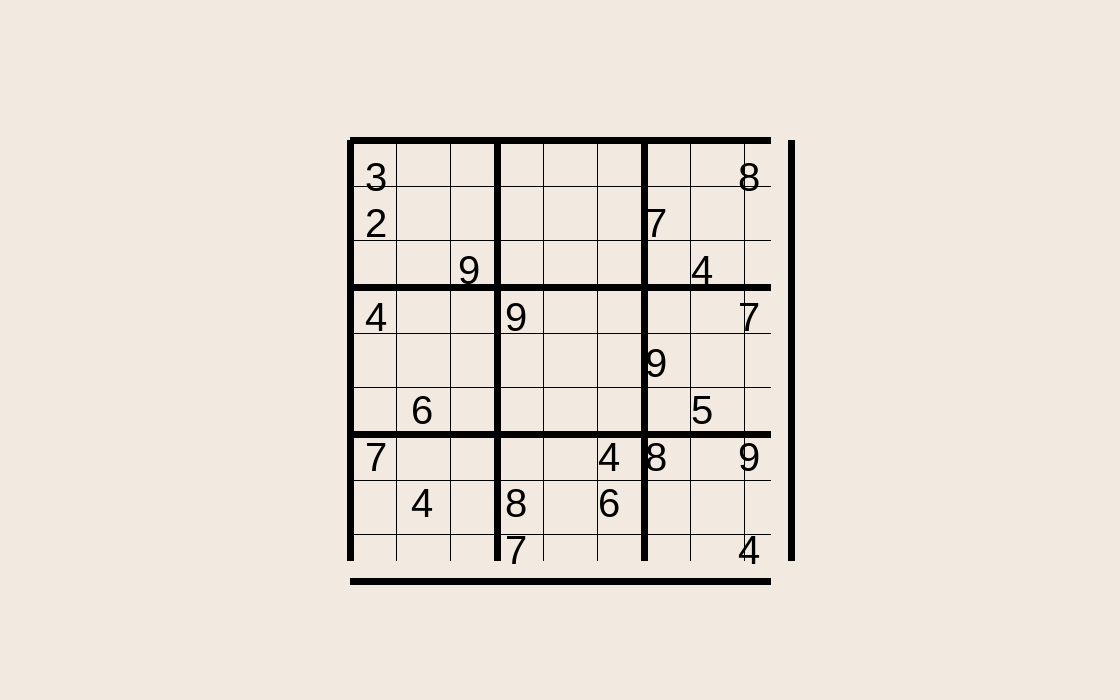
Repository: JensVL96/Puzzle-solver-for-fun
Script's output: python sudoku.py
The author's editor kept a copy of each file at every save. The script's output is drawn from the files as they stood at one save, then again after the next save.
The window is shown after at most 60 frames with no key pressed. A system font it names is replaced by a similar one. Random numbers start from a fixed seed.

Above is the script's output before, as saved 2020-11-07 16:38:20.

### sudoku.py
# -*- coding: utf-8 -*-
from __future__ import print_function
from config import *
from create_board import *
from solve_bloard import *
from display_board import *

from string import *
from math import floor
import pygame as pg
import numpy as np

# For error highlighting
def set_highlight(row, col, blk, lock):
    global input_lock
    input_lock = lock
    global row_index
    row_index = row
    global col_index
    col_index = blk
    global blk_index
    blk_index = col

def get_cord(pos):
    global box_index_x
    box_index_x = int((pos[0] - TOP_LX)//BLOCK_SIZE)
    global box_index_y
    box_index_y = int((pos[1] - TOP_LY)//BLOCK_SIZE)


def valid(grid, x, y, val):
    input_lock = 0
    row = col = blk = (0, 0)

    for index in range(9):
        # Check if value in column
        if grid[x][index] == val:
            col = (x, index)
            input_lock = 1

        # Check if value in row
        if grid[index][y] == val:
            row = (index, y)
            input_lock = 1

    # Finds the block
    index_x = x // 3 # integer division
    index_y = y // 3

    # Check if value in block
    for i in range(index_x * 3, index_x * 3 + 3):
        for j in range (index_y * 3, index_y * 3 + 3):
            if grid[i][j] == val:
                blk = (i, j)
                input_lock = 1

    if input_lock == 1:
        set_highlight(row, col, blk, input_lock)
        return False

    return True

def valid_cdt(cdt_list, val):
    if type(cdt_list) == int:   # ignore
        return True

    if len(cdt_list) > 9:
        return False
    else:
        for iter in cdt_list:
            if iter == val:
                return False

    return True

class Main():
    def __init__(self):
        self.board = []
        self.run()

    def run(self):
        pg.init()
        self.screen = pg.display.set_mode(SCREEN_RES)
        pg.display.set_caption('Sudoku solver')

        display = Display_board(self.screen)

        val = 0
        blink = False
        alpha = 1
        a_change = True
        blink_color = GREEN
        candidates = []

        get_cord(INITIAL_CORDS)
        set_highlight(INITIAL_CORDS, INITIAL_CORDS, INITIAL_CORDS, INITIAL_LOCK)

        board = create_board().board

        while 1:
            for event in pg.event.get():
                if event.type == pg.QUIT or (event.type == pg.KEYDOWN and event.key == pg.K_ESCAPE):
                    exit()
                if event.type == pg.MOUSEBUTTONDOWN and input_lock != 1:
                    pos = pg.mouse.get_pos()
                    get_cord(pos)

                    # Checks if selection is on the board
                    if pos[0] < TOP_LX or pos[1] < TOP_LY or pos[0] > int(BOT_RX) or pos[1] > int(BOT_RY):
                        blink = False
                    else:
                        blink = True
                if event.type == pg.KEYDOWN and input_lock != 1:
                    if event.key == pg.K_1:
                        val = 1
                    if event.key == pg.K_2:
                        val = 2
                    if event.key == pg.K_3:
                        val = 3
                    if event.key == pg.K_4:
                        val = 4
                    if event.key == pg.K_5:
                        val = 5
                    if event.key == pg.K_6:
                        val = 6
                    if event.key == pg.K_7:
                        val = 7
                    if event.key == pg.K_8:
                        val = 8
                    if event.key == pg.K_9:
                        val = 9
                    if event.key == pg.K_BACKSPACE:
                        board[int(box_index_x)][int(box_index_y)] = 0
                elif event.type == pg.KEYDOWN and input_lock == 1:
                    if event.key == pg.K_BACKSPACE:
                        val = 0
                        set_highlight(INITIAL_CORDS, INITIAL_CORDS, INITIAL_CORDS, INITIAL_LOCK)
                        blink_color = GREEN
                        board[int(box_index_x)][int(box_index_y)] = 0

            if val != 0:
                # display.draw_val(val, box_index_x, box_index_y)
                candidates = []
                print("value: ", val,"occupying position: ", board[box_index_x][box_index_y])

                if valid(board, box_index_x, box_index_y, val):
                    if type(board[box_index_x][box_index_y]) == 0:  # No candidates
                        board[box_index_x][box_index_y] = val
                    elif type(board[box_index_x][box_index_y]) == int: # Switching from number to list
                        candidates.append(val)
                        board[box_index_x][box_index_y] = candidates
                    elif valid_cdt(board[box_index_x][box_index_y], val): # Adding candidate to list
                        candidates = board[box_index_x][box_index_y]
                        candidates.append(val)
                        board[box_index_x][box_index_y] = candidates


            # Draws the screen
            pg.draw.rect(self.screen, BLACK, (0, 0, self.screen.get_width(), self.screen.get_height()))
            self.screen.fill(BEIGE)

            # find the cell selected
            cell = display.find_cell(box_index_x, box_index_y)

            # Draws the board
            display.draw(board, cell)

            # Check if cell is selected
            if blink:
                blink = display.blink(alpha, a_change)
                alpha = blink[0]
                a_change = blink[1]
                myRect = pg.Rect(cell)

                rectSurf = pg.Surface(myRect.size, pg.SRCALPHA)
                rectSurf.fill(blink_color)
                rectSurf.set_alpha(alpha)
                self.screen.blit(rectSurf, (myRect.x, myRect.y))

            # Check if incorrect input
            if input_lock == 1 and val != 0:
                display.update(board, row_index, col_index, blk_index)
                blink_color = RED

            val = 0

            # display.draw_box()

            pg.display.update()


        self.solution = solve_board(board)

        self.solution.assign_flags(board)

if __name__ == '__main__':
    Main()

### config.py


#   Screen info
SCREEN_HEIGHT = 700
SCREEN_WIDTH = int(SCREEN_HEIGHT * 1.6)
SCREEN_RES = (SCREEN_WIDTH, SCREEN_HEIGHT)

#   Colours
BLACK = (0,0,0)
GREY = (50,50,50)
GREEN = (0,255,0)
RED = (255, 0, 0)
WHITE = (255,255,255)
BEIGE = (242,234,224)

# Box info
BORDER_SIZE = 420
BLOCK_SIZE = BORDER_SIZE / 9
CELL_SIZE = BLOCK_SIZE / 9
# Corner coordinates
TOP_LX = (SCREEN_WIDTH / 2) - (BORDER_SIZE / 2)
TOP_LY = (SCREEN_HEIGHT / 2) - (BORDER_SIZE / 2)
TOP_RX = (SCREEN_WIDTH / 2) + (BORDER_SIZE / 2)
TOP_RY = (SCREEN_HEIGHT / 2) - (BORDER_SIZE / 2)
BOT_LX = (SCREEN_WIDTH / 2) - (BORDER_SIZE / 2)
BOT_LY = (SCREEN_HEIGHT / 2) + (BORDER_SIZE / 2)
BOT_RX = (SCREEN_WIDTH / 2) + (BORDER_SIZE / 2)
BOT_RY = (SCREEN_HEIGHT / 2) + (BORDER_SIZE / 2)

# Numbers
CANDIDATE_SIZE = 20
NUMBER_SIZE = 40
BOLD = 50

# Blinking
BLINK_SPEED = 0.3
BLINK_COLOR = GREEN
ERROR_COLOR = RED

INITIAL_CORDS = (-1, -1)
INITIAL_LOCK = 0

### create_board.py
from random import sample

class create_board():
    def __init__(self):
        self.base  = 3  # Will generate any size of random sudoku board in O(n^2) time
        self.side  = self.base * self.base
        self.nums  = sample(range(1, self.side + 1), self.side) # random numbers
        self.board = [[self.nums[(self.base * (r%self.base) + r//self.base + c)%self.side] for c in range(self.side) ] for r in range(self.side)]
        rows  = [ r for g in sample(range(self.base),self.base) for r in sample(range(g * self.base,(g + 1) * self.base), self.base) ]
        cols  = [ c for g in sample(range(self.base),self.base) for c in sample(range(g * self.base,(g + 1) * self.base), self.base) ]
        self.board = [[self.board[r][c] for c in cols] for r in rows]

        # print("\nInput:")
        # for line in self.board: print(line)

        squares = self.side * self.side
        empties = squares * 3//4
        for p in sample(range(squares),empties):
            self.board[p//self.side][p%self.side] = 0

        self.lines()

    def expandLine(self, line):
        return line[0]+line[5:9].join([line[1:5]*(self.base-1)]*self.base)+line[9:13]

    def lines(self):
        self.line0  = self.expandLine("╔═══╤═══╦═══╗")
        self.line1  = self.expandLine("║ . │ . ║ . ║")
        self.line2  = self.expandLine("╟───┼───╫───╢")
        self.line3  = self.expandLine("╠═══╪═══╬═══╣")
        self.line4  = self.expandLine("╚═══╧═══╩═══╝")

        self.draw()

    def draw(self):
        symbol = " 1234567890ABCDEFGHIJKLMNOPQRSTUVWXYZ"
        self.nums   = [ [""]+[symbol[n] for n in row] for row in self.board ]
        print(self.line0)
        for r in range(1,self.side+1):
            print( "".join(n+s for n,s in zip(self.nums[r-1],self.line1.split("."))) )
            print([self.line2,self.line3,self.line4][(r%self.side==0)+(r%self.base==0)])

### solve_bloard.py
class solve_board():
    def __init__(self, board):
        self.row = []
        self.col = []
        self.cell = []
        self.row_list = []
        self.col_list = []
        self.cell_list = []

        for space in range(9):
            self.col.append([])
            self.cell.append([])

        row_idx = 0
        for line in board:

            self.row.append(line)

            cell_idx = 0
            if row_idx >= 3:
                cell_idx = 3
            if row_idx >= 6:
                cell_idx = 6


            for col_idx in range(9):

                self.col[col_idx].insert(row_idx, line[col_idx])

                if col_idx % 3 == 0:
                    for triple in range(0, 3):
                        self.cell[cell_idx].insert(len(self.cell[row_idx]) + triple, line[col_idx + triple])
                    cell_idx += 1

            self.row_list.append(self.row)
            self.col_list.append(self.col)
            self.cell_list.append(self.cell)
            row_idx += 1

        print("\nrow:")
        for row in self.row_list[0]:
            print(row)
        # print("\ncolumn:")
        # for col in self.col_list[0]:
        #     print(col)
        # print("\ncell:")
        # for cell in self.cell_list[0]:
        #     print(cell)

    def assign_flags(self, board):
        self.flags = []
        row_idx = 0
        cell_idx = 0

        print("\n")
        for line in board:
            cell_idx = 0
            if row_idx >= 3:
                cell_idx = 3
            if row_idx >= 6:
                cell_idx = 6

            for index in range(9):
                # print("position: ", index, "value: ", line[index])

                # print("row", row_idx, "col", index, "cell", cell_idx)
                if (index % 3 == 0 and index != 0):
                    cell_idx += 1

                if line[index] == 0:
                    flag_idx = 0
                    temp_flag = []
                    for value in range(1, 10):
                        # print(value)
                        if self.row_flag(value, row_idx):
                            # print("found in row")
                            pass
                        elif self.col_flag(value, index):
                            # print("found in column")
                            pass
                        elif self.cell_flag(value, cell_idx):
                            # print("found in cell")
                            pass
                        else:
                            temp_flag.append(value)
                            flag_idx += 1
                    print(temp_flag)
                    self.flags.append(temp_flag)
            row_idx += 1

    def check_row(self):
        pass

    def column(self, x):
        pass

    def cell(self, row, col):
        pass

    def row_flag(self, index, row_idx):
        for row in self.row_list[0][row_idx]:
            # print("comparing in row ", row, "with ", index, "row_idx ", row_idx)
            if row == index:
                return 1
        return 0

    def col_flag(self, index, col_idx):
        for col in self.col_list[0][col_idx]:
            # print("comparing in column ", col, "with ", index, "col_idx ", col_idx)
            if col == index:
                return 1
        return 0

    def cell_flag(self, index, cell_idx):
        for cell in self.cell_list[0][cell_idx]:
            # print("comparing in cell ", cell, "with ", index, "cell_idx ", cell_idx)
            if cell == index:
                return 1
        return 0

### display_board.py
from config import *
import pygame as pg

class Display_board():
    def __init__(self, screen):
        self.screen = screen
        self.font_num = pg.font.SysFont("comicsans", NUMBER_SIZE)
        self.font_cdt = pg.font.SysFont("comicsans", CANDIDATE_SIZE)

    def draw_val(self, val, x, y):
        text1 = self.font_num.render(str(val), 1, BLACK)
        self.screen.blit(text1, (x * BLOCK_SIZE + 15, y * BLOCK_SIZE + 15))

    def draw_cdt(self, val, x, y):
        text1 = self.font_cdt.render(str(val), 1, BLACK)
        self.screen.blit(text1, (x * BLOCK_SIZE + 1, y * BLOCK_SIZE + 1))

    def on_mouse_press(self, x, y, symbol, modifier):
        pass

    def draw(self, grid, cell):
        for i in range (9):
            for j in range (9):
                if grid[i][j] != 0:
                    if type(grid[i][j]) != int:
                        self.draw_candidates(grid, cell)
                    else:
                        text1 = self.font_num.render(str(grid[i][j]), 1, BLACK)
                        self.screen.blit(text1, (TOP_LX + i * BLOCK_SIZE + 15, TOP_LY + j * BLOCK_SIZE + 14))

        size = 0
        for i in range(10):
            if i %3 == 0:
                thick = 7
            else:
                thick = 1

            if (i+1) % 3 == 0:
                size +=7

            print("line: ", i, size)
            pg.draw.line(self.screen, BLACK, (TOP_LX,
                                            TOP_LY + i * BLOCK_SIZE + size),
                                            (TOP_RX,
                                            TOP_RY + i * BLOCK_SIZE + size), thick)
            pg.draw.line(self.screen, BLACK, (TOP_LX + i * BLOCK_SIZE + size,
                                            TOP_LY),
                                            (BOT_LX + i * BLOCK_SIZE + size,
                                            BOT_LY), thick)

            # For candidate placement
            # if i % 3 == 0:
            #     print(BLOCK_SIZE)
            #     pg.draw.line(self.screen, BLACK, (cell[0],
            #                                     cell[1] + i * (cell[2] / 9)),
            #                                     ((cell[0] + cell[2]),
            #                                     cell[1] + i * (cell[2] / 9)), 1)
            #     pg.draw.line(self.screen, BLACK, (cell[0] + i * (cell[3] / 9),
            #                                     cell[1]),
            #                                     (cell[0] + i * (cell[3] / 9),
            #                                     cell[1] + cell[3]), 1)

    def draw_candidates(self, grid, cell):
        new_line = 1
        iteration = 1
        indent = 15
        for number in grid[i][j]:
            if iteration % 3 == 1:    # Checking if first in line: 1, 4, 7
                text1 = self.font_cdt.render(str(number), 1, BLACK)
                self.screen.blit(text1, (cell[0] + 3, cell[1] + ((new_line - 1) * indent) + 2))
            else:
                text1 = self.font_cdt.render(str(number), 1, BLACK)
                self.screen.blit(text1, (cell[0] + ((iteration - 1) * indent) + 3, cell[1] + ((new_line - 1) * indent) + 2))
            if iteration % 3 == 0:      # checking if last in line: 3, 6
                new_line += 1
                iteration = 0

            iteration += 1


    def update(self, grid, row, col, blk):
        font_val = pg.font.SysFont("comicsans", BOLD)

        if row != (-1, -1):
            # Remove old number
            text1 = self.font_num.render(str(grid[row[0]][row[1]]), 1, WHITE)
            self.screen.blit(text1, (TOP_LX + row[0] * BLOCK_SIZE + 15, TOP_LY + row[1] * BLOCK_SIZE + 15))

            # Rewrite in bigger font
            text1 = font_val.render(str(grid[row[0]][row[1]]), 1, BLACK)
            self.screen.blit(text1, (TOP_LX + row[0] * BLOCK_SIZE + 14, TOP_LY + row[1] * BLOCK_SIZE + 10))

        if col != (-1, -1):
            # Remove old number
            text1 = self.font_num.render(str(grid[col[0]][col[1]]), 1, WHITE)
            self.screen.blit(text1, (TOP_LX + col[0] * BLOCK_SIZE + 15, TOP_LY + col[1] * BLOCK_SIZE + 15))

            # Rewrite in bigger font
            text1 = font_val.render(str(grid[col[0]][col[1]]), 1, BLACK)
            self.screen.blit(text1, (TOP_LX + col[0] * BLOCK_SIZE + 14, TOP_LY + col[1] * BLOCK_SIZE + 10))

        if blk != (-1, -1):
            # Remove old number
            text1 = self.font_num.render(str(grid[blk[0]][blk[1]]), 1, WHITE)
            self.screen.blit(text1, (TOP_LX + blk[0] * BLOCK_SIZE + 15, TOP_LY + blk[1] * BLOCK_SIZE + 15))

            # Rewrite in bigger font
            text1 = font_val.render(str(grid[blk[0]][blk[1]]), 1, BLACK)
            self.screen.blit(text1, (TOP_LX + blk[0] * BLOCK_SIZE + 14, TOP_LY + blk[1] * BLOCK_SIZE + 10))

    def find_cell(self, x, y):
        # Only applies glow when a cell is selected
        if x == -1 and y == -1:
            return

        width = BLOCK_SIZE
        height = BLOCK_SIZE

        # Adjustment in size if bordering a thick line
        if x % 3 == 0:  # If thick line on the left
            start_pos_x = TOP_LX + x * BLOCK_SIZE + 4
            width = BLOCK_SIZE - 4
        else:
            start_pos_x = TOP_LX + x * BLOCK_SIZE + 1

        if (x + 1) % 3 == 0:    # If thick line on the right
            width = BLOCK_SIZE - 3.5

        if y % 3 == 0:  # If thick line on the top
            start_pos_y = TOP_LY + y * BLOCK_SIZE + 4
            height = BLOCK_SIZE - 4
        else:
            start_pos_y = TOP_LY + y * BLOCK_SIZE + 1

        if (y + 1) % 3 == 0:    # If thick line on the bottom
            height = BLOCK_SIZE - 3.5

        return (start_pos_x, start_pos_y, width, height)

    def blink(self, alpha, a_change):
        if a_change:
            alpha += BLINK_SPEED
            if alpha >= 175:
                a_change = False
        elif a_change == False:
            alpha += -BLINK_SPEED
            if alpha <= 30:
                a_change = True

        return (alpha, a_change)

After the next save:
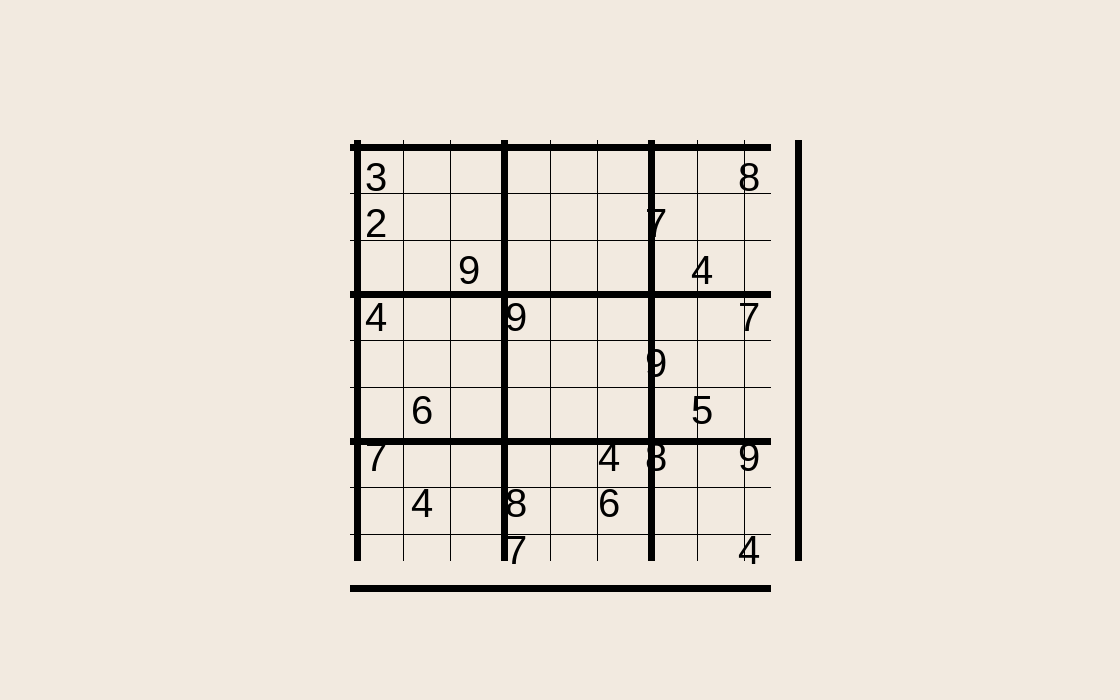
Saved 13 s later.
--- a/display_board.py
+++ b/display_board.py
@@ -35,7 +35,7 @@ class Display_board():
             else:
                 thick = 1
 
-            if (i+1) % 3 == 0:
+            if (i+1) % 3 == 1:
                 size +=7
 
             print("line: ", i, size)
